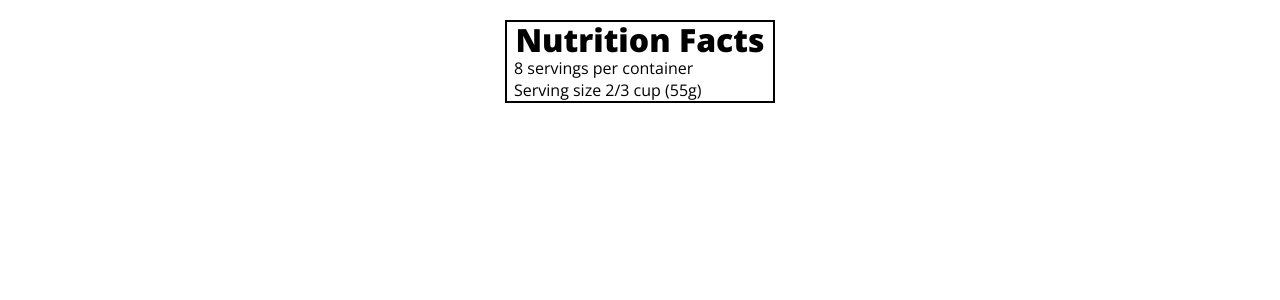
Repository: cipdanila/freeCodeCamp
Page: NutritionLabel/index.html
These files come from the project's save history. The page is drawn as it stood at one moment and after the next save; the edit follows.
The browser window is 1280 px wide. The pictures show the whole page.

Above is the page before, as saved 2023-10-09 19:30:18.

### NutritionLabel/index.html
<!DOCTYPE html>
<html lang="en">
<head>
    <meta charset="UTF-8">
    <meta name="viewport" content="width=device-width, initial-scale=1.0">
    <title>Nutrition Label</title>
    <link rel="stylesheet" href="https://fonts.googleapis.com/css?family=Open+Sans:400,700,800">
    <link rel="stylesheet" href="styles.css">
</head>
<body>
    <div class="label">
        <h1>Nutrition Facts</h1>
        <div class="divider"></div>
        <p>8 servings per container</p>
        <p>Serving size 2/3 cup (55g)</p>
    </div>
</body>
</html>

### NutritionLabel/styles.css
* {
    box-sizing: border-box;
}

html {
    font-size: 16px;
}

body {
    font-family: "Open Sans", sans-serif;
}

.label {
    border: 2px solid black;
    width: 270px;
    margin: 20px auto;
    padding: 0 7px;
}

h1 {
    font-weight: 800;
    text-align: center;
    margin: -4px 0;
}

p {
    margin: 0;
}

.divider {
    border-bottom: ;
}

After the next save:
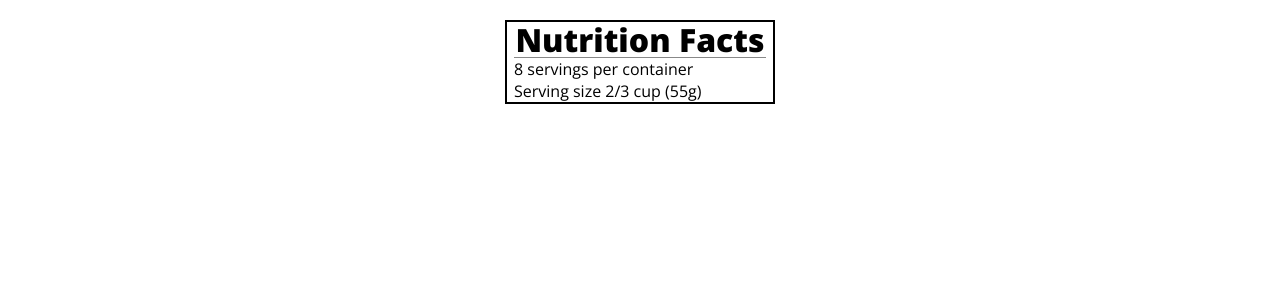
Saved 14 s later.
--- a/NutritionLabel/styles.css
+++ b/NutritionLabel/styles.css
@@ -28,5 +28,5 @@
 }
 
 .divider {
-    border-bottom: ;
+    border-bottom: 1px solid #888;
 }
